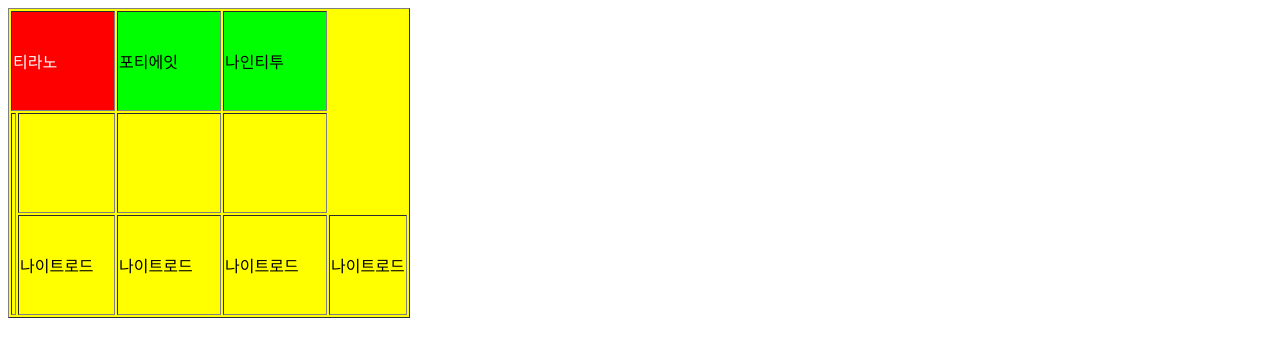
Repository: shouvoo/bitAcademy
Page: work/jsp/htmlProj/WebContent/basic/table.html
An editor plug-in stored every save of this project. The page is shown before and after the next save, followed by the edit.
The browser window is 1280 px wide. The pictures show the whole page.

Above is the page before, as saved 2017-09-26 01:59:50.

### work/jsp/htmlProj/WebContent/basic/table.html
<!DOCTYPE html>
<html>
	<head>
		<meta charset="UTF-8">
		<title>table</title>
	</head>

	<body>
		<table border="1" bgcolor="#ff0">
			<tr height="100" bgcolor="#0f0"> <!-- tr 은 줄 -->
				<td colspan="2" width="100" bgcolor="#f00" style="color: white">티라노</td> <!--  td 는 칸 -->
				<td width="100">포티에잇</td>
				<td width="100">나인티투</td>
			</tr>

			<tr height="100">
				<td  rowspan="2"></td> <!-- &nbsp; 빈칸을 넣어준다 -->
				<td></td>
				<td></td>
				<td></td>
			</tr>

			<tr height="100">
				<td>나이트로드</td>
				<td>나이트로드</td>
				<td>나이트로드</td>
				<td>나이트로드</td>
			</tr>
		</table>
	</body>
</html>

After the next save:
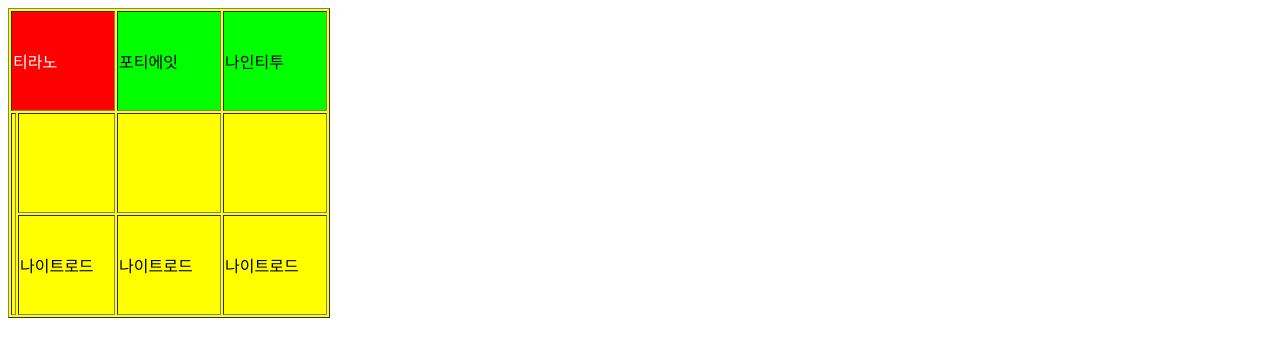
Saved 44 s later.
--- a/work/jsp/htmlProj/WebContent/basic/table.html
+++ b/work/jsp/htmlProj/WebContent/basic/table.html
@@ -24,7 +24,6 @@
 				<td>나이트로드</td>
 				<td>나이트로드</td>
 				<td>나이트로드</td>
-				<td>나이트로드</td>
 			</tr>
 		</table>
 	</body>

After the 2 saves that followed:
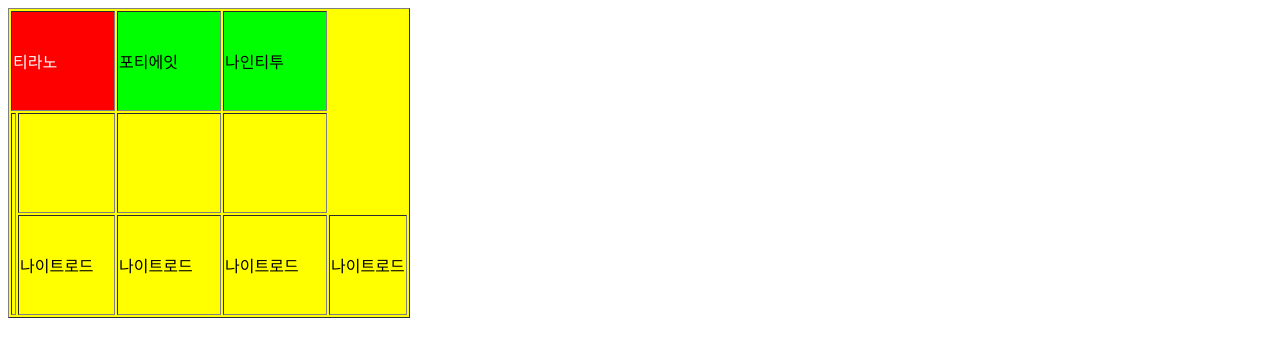
The 2 saves are shown as one change because they came seconds apart.
The last was saved 20 s later.
--- a/work/jsp/htmlProj/WebContent/basic/table.html
+++ b/work/jsp/htmlProj/WebContent/basic/table.html
@@ -24,6 +24,7 @@
 				<td>나이트로드</td>
 				<td>나이트로드</td>
 				<td>나이트로드</td>
+				<td>나이트로드</td>
 			</tr>
 		</table>
 	</body>
